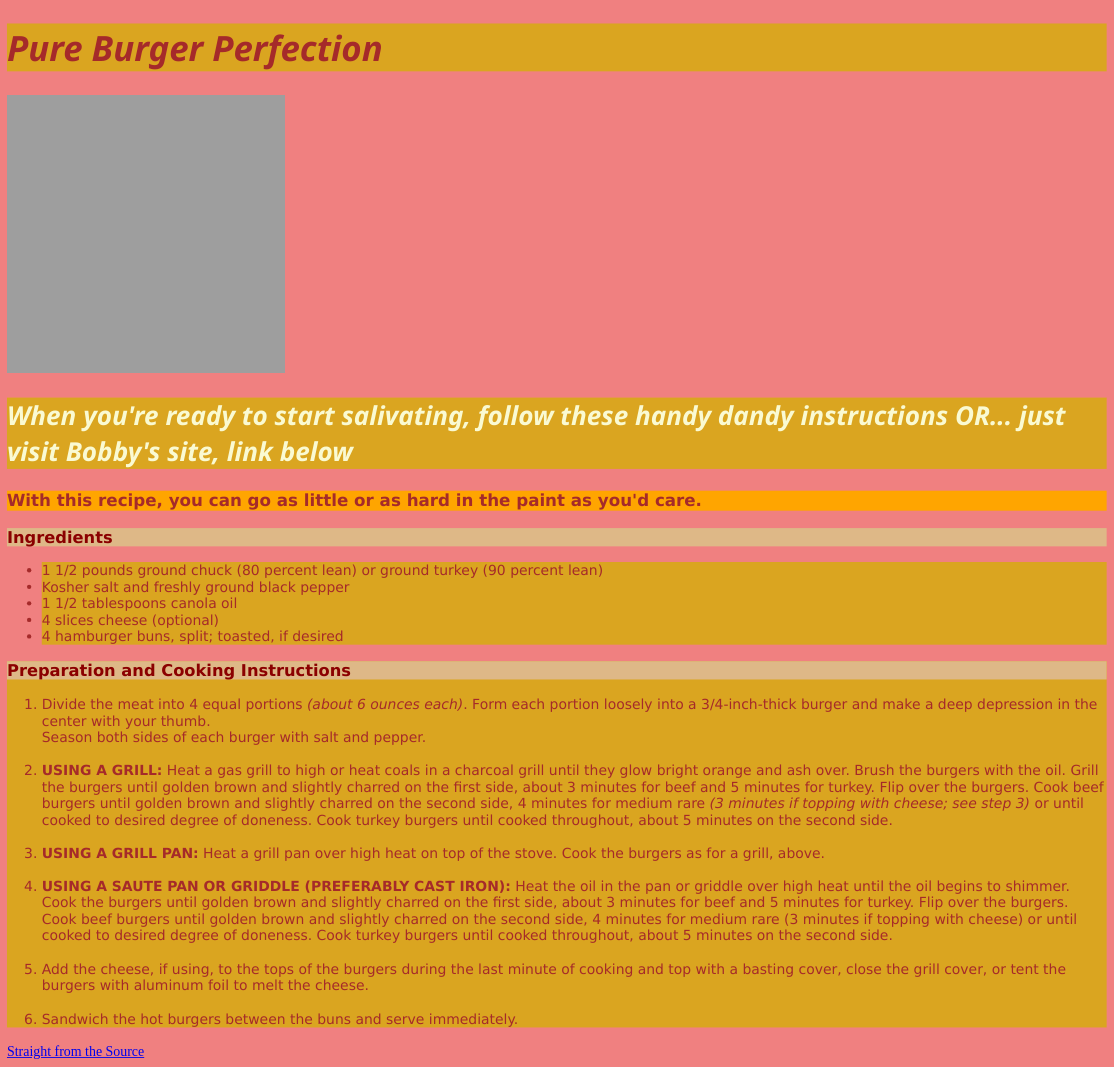
Repository: Spencertainty/practice-time
Page: member-spencer-odin-recipes/recipes/hamburgers.html
These files come from the project's save history. The page is drawn as it stood at one moment and after the next save; the edit follows.
The browser window is 1280 px wide. The pictures show the whole page, at 87% of full size.
Pictures or frames that could not be fetched are drawn as grey boxes.

Above is the page before, as saved 2024-01-10 16:05:49.

### member-spencer-odin-recipes/recipes/hamburgers.html
<!DOCTYPE html>
<!--[if lt IE 7]>      <html class="no-js lt-ie9 lt-ie8 lt-ie7"> <![endif]-->
<!--[if IE 7]>         <html class="no-js lt-ie9 lt-ie8"> <![endif]-->
<!--[if IE 8]>         <html class="no-js lt-ie9"> <![endif]-->
<!--[if gt IE 8]>      <html class="no-js"> <!--<![endif]-->
<html>
    <head>
        <meta charset="utf-8">
        <meta http-equiv="X-UA-Compatible" content="IE=edge">
        <title>hamburgers</title>
        <meta name="description" content="">
        <meta name="viewport" content="width=device-width, initial-scale=1">
        <link rel="stylesheet" href="burger.css">
    </head>

    <body>
        <!--[if lt IE 7]>
            <p class="browsehappy">You are using an <strong>outdated</strong> browser. Please <a href="#">upgrade your browser</a> to improve your experience.</p>
        <![endif]-->

<h1><b>Pure Burger Perfection</b></h1>

<img src="../links-and-images/Cheeseburger.jpg" alt="the perfect burger" height="320" width="320">
<br>
<h2><em>When you're ready to start salivating, follow these handy dandy instructions</em> OR... just visit Bobby's site, link below</h2>
<p>With this recipe, you can go as little or as hard in the paint as you'd care.</p>
<h3>Ingredients</h3>
<ul>
    <div>
    <li>1 1/2 pounds ground chuck (80 percent lean) or ground turkey (90 percent lean) </li>
    <li>Kosher salt and freshly ground black pepper</li>
    <li>1 1/2 tablespoons canola oil</li>
    <li>4 slices cheese (optional)</li>
    <li>4 hamburger buns, split; toasted, if desired</li>
</div>
</ul>
<div>
<h3>Preparation and Cooking Instructions</h3>
<ol>
    <li>Divide the meat into 4 equal portions <em>(about 6 ounces each)</em>. Form each portion loosely into a 3/4-inch-thick burger and make a deep depression in the center with your thumb.
        <br>Season both sides of each burger with salt and pepper.</br></li>
    <p>

    </p><li><strong> USING A GRILL:</strong> Heat a gas grill to high or heat coals in a charcoal grill until they glow bright orange and ash over.
        Brush the burgers with the oil. Grill the burgers until golden brown and slightly charred on the first side, about 3 minutes for beef and 5 minutes for turkey.
        Flip over the burgers. Cook beef burgers until golden brown and slightly charred on the second side, 4 minutes for medium rare <em>(3 minutes if topping with cheese; see step 3)</em> or until cooked to desired degree of doneness.
        Cook turkey burgers until cooked throughout, about 5 minutes on the second side.</li>
    <p>    <li><b>USING A GRILL PAN:</b> Heat a grill pan over high heat on top of the stove. Cook the burgers as for a grill, above.</li></p>
    <li><strong> USING A SAUTE PAN OR GRIDDLE (PREFERABLY CAST IRON):</strong> Heat the oil in the pan or griddle over high heat until the oil begins to shimmer. Cook the burgers until golden brown and slightly charred on the first side, about 3 minutes for beef and 5 minutes for turkey.
        Flip over the burgers. Cook beef burgers until golden brown and slightly charred on the second side, 4 minutes for medium rare (3 minutes if topping with cheese) or until cooked to desired degree of doneness. Cook turkey burgers until cooked throughout, about 5 minutes on the second side.</li>
        <p><li>Add the cheese, if using, to the tops of the burgers during the last minute of cooking and top with a basting cover, close the grill cover, or tent the burgers with aluminum foil to melt the cheese.</p></li>
    <p><li>Sandwich the hot burgers between the buns and serve immediately.</li>        </p>
    </ol>
</div>
        <a href="https://www.foodnetwork.com/recipes/bobby-flay/perfect-burger-recipe-1957542" target="_blank" rel="noopener noreferrer">Straight from the Source</a>
        <script src="" async defer></script>

    </body>
</html>

### member-spencer-odin-recipes/recipes/burger.css
/* Apply Font Color to Title */

div {
    color: brown;
    background-color: goldenrod;
    text-align: left;
    font-family: Verdana, Geneva, Tahoma, sans-serif;
}

h1 {
    font-style: italic;
    font-family: 'Segoe UI', Tahoma, Geneva, Verdana, sans-serif;
    color: brown;
    font-size: 40px;
    background-color: goldenrod;
}

h2 {font-style: italic;
    font-family: 'Segoe UI', Tahoma, Geneva, Verdana, sans-serif;
    color: lightgoldenrodyellow;
    font-size: 30px;
    background-color: goldenrod;
}
h3 {
    font-family: 'Lucida Sans', 'Lucida Sans Regular', 'Lucida Grande', 'Lucida Sans Unicode', Geneva, Verdana, sans-serif;
    color: darkred;
    background-color: burlywood;

}

p {font-family: 'Lucida Sans', 'Lucida Sans Regular', 'Lucida Grande', 'Lucida Sans Unicode', Geneva, Verdana, sans-serif;
    color: brown;
    background-color: orange;
    font-weight: bolder;
    font-size: larger;
}

body {
    background-color: lightcoral;
    max-width: fit-content;
}

After the next save:
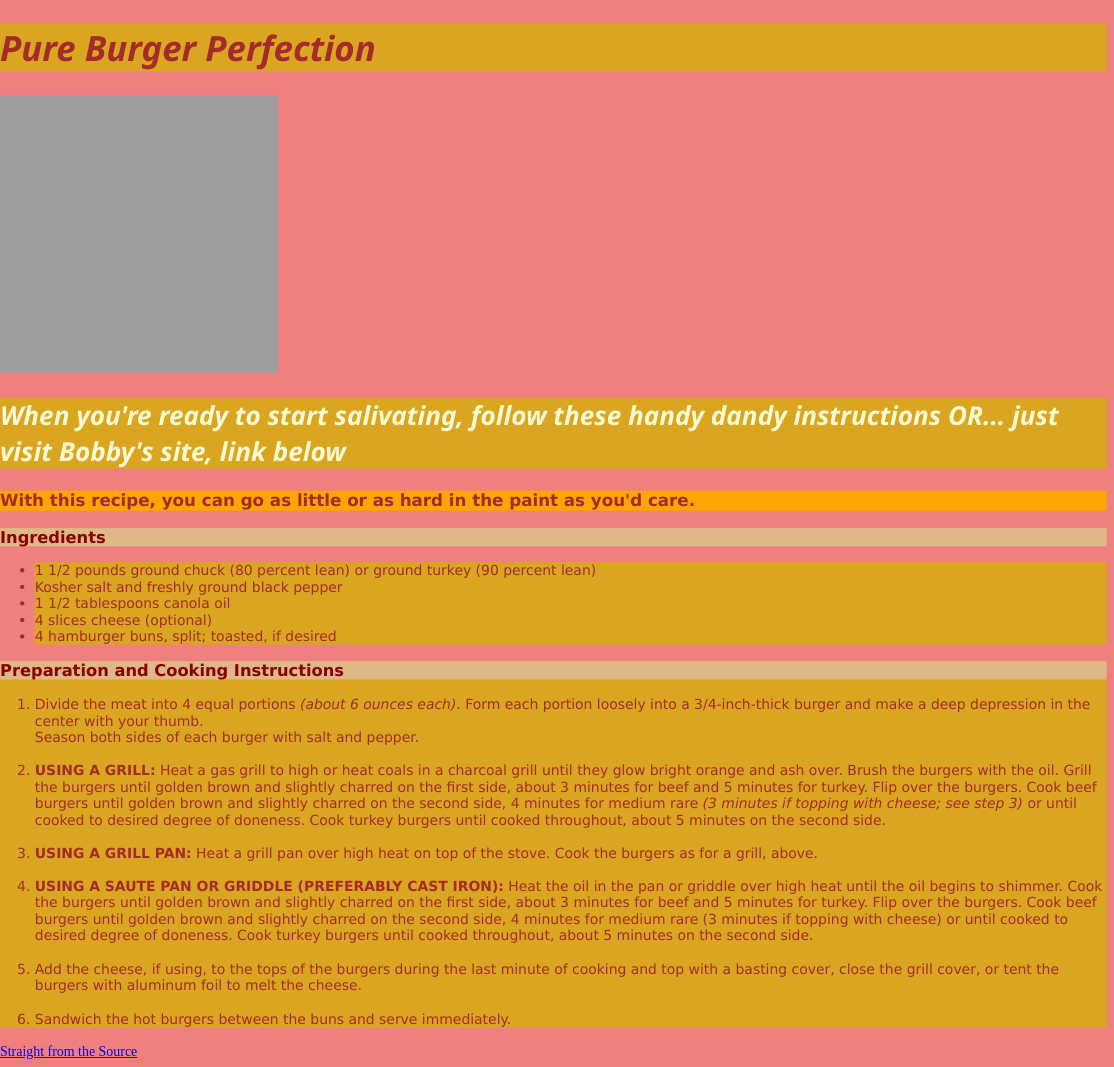
Saved 50 s later.
--- a/member-spencer-odin-recipes/recipes/burger.css
+++ b/member-spencer-odin-recipes/recipes/burger.css
@@ -38,4 +38,5 @@ p {font-family: 'Lucida Sans', 'Lucida Sans Regular', 'Lucida Grande', 'Lucida S
 body {
     background-color: lightcoral;
     max-width: fit-content;
+    margin-left: auto;
 }
